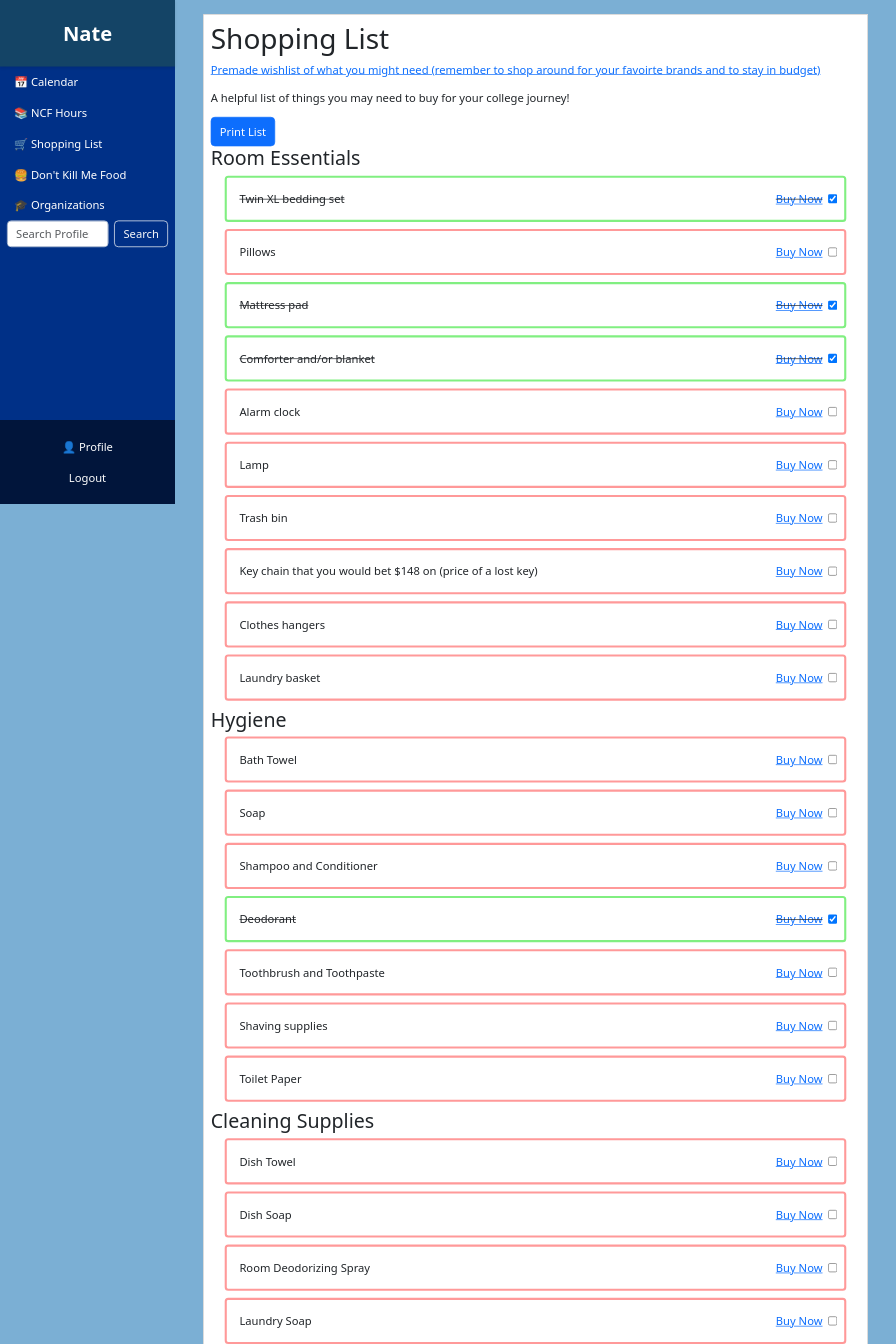
Repository: NateClarkTech/SoftwareEngineeringProject2
Page: http://localhost/shoppinglist/
The author's editor kept a copy of each file at every save. The page is drawn from the files as they stood at one save, then again after the next save.
The browser window is 1280 px wide. The pictures show the part of the page from y = 0 to 1920 px (the page is 4417 px tall before and 4429 px after), at 70% of full size.
The page is served by the project's application, run on Django 5.2 (manage.py). The first stored user is signed in. Other server files are loaded and not shown. The page reads the database file committed with the project.

Above is the page before, as saved 2024-03-12 17:59:44.

### ShoppingList/templates/shoppinglist.html
{% extends 'base.html' %}

{% load static %}

{% block title %}Shopping List{% endblock %}

{% block extendHeader %}
<style>
    .item-box {
        border: 1px solid #ccc;
        padding: 10px;
        margin-bottom: 10px;
        margin-left: 20px;
        margin-right: 20px;
        background-color: white;
    }

    .checked {
        text-decoration: line-through;
        border-color: #81ef81;
        border-radius: 5px;
        border-width: 3px;
    }

    .not-checked {
        text-decoration: none;
        border-color: #ff9999;
        border-radius: 5px;
        border-width: 3px;
    }
</style>
{% endblock %}

{% block content %}
<div class="align-items-center">
    {% if user.is_authenticated %}
    <div class="item-box">
        <h1>Shopping List</h1>
        <a href="https://www.amazon.com/hz/wishlist/ls/1MYC1SQ5AHTOC?ref_=wl_share" target="_blank">Premade wishlist of what you might need (remember to shop around for your favoirte brands and to stay in budget)</a>
        <p class="pt-3">A helpful list of things you may need to buy for your college journey!</p>
        <button type="button" class="btn btn-primary py-2">Print List</button>
        {% for category in itemCategories %}
            <h3>{{ category }}</h3>
            {% for item in shoppingItems %}
                {% if item.category == category %}
                    <div class="item-box d-flex {% if item.checked %}checked{%else%}not-checked{% endif %}">
                        <label for="item-{{ forloop.counter }}" class="flex-grow-1 p-2">{{ item.name }}</label>
                        <a href="{{ item.url }}" target="_blank" class="p-2">Buy Now</a>
                        <input type="checkbox" id="item-{{ forloop.counter }}" class="p-2" {% if item.checked %}checked{% endif %}>
                    </div>
                {% endif %}
            {% endfor %}
        {% endfor %}
    </div>
    {% else %}
    <p>You are not logged in</p>
    {% endif %}
</div>
{% endblock %}

{% block scripts %}
    <script src={% static '/js/shoppinglist.js' %}></script>
{% endblock %}

### ShoppingList/models.py
from django.db import models
from django.contrib.auth.models import User

class ShoppingListCategory(models.Model):
    name = models.CharField(max_length=200)

    def __str__(self):
        return self.name

class ShoppingListItem(models.Model):
    user = models.ForeignKey(User, on_delete=models.CASCADE)
    name = models.CharField(max_length=200)
    category = models.ForeignKey(ShoppingListCategory, on_delete=models.CASCADE)
    url = models.URLField(max_length=200)
    checked = models.BooleanField(default=False)

    def __str__(self):
        return self.user.username + " - " + self.name

### Leaderboard/urls.py
from django.urls import path
from . import views
#https://www.reddit.com/r/django/comments/13hknj7/my_project_doesnt_recognize_the_urls_from_one_of/
urlpatterns = [
    path('', views.checklist, name='checklist'),
    path('checklist/', views.checklist, name='checklist'),
    path('update_checklist/', views.update_checklist, name='update_checklist'),
    path('reset-tasks', views.reset_tasks),
    path('leaderboard/', views.leaderboard_view, name='leaderboard'),

]

### ShoppingList/urls.py
from django.urls import path
from . import views
from django.conf import settings
from django.conf.urls.static import static
from django.contrib.auth import views as auth_views

urlpatterns = [
    path('', views.shoppinglist, name='shoppinglist'),
    path('update_shoppinglist', views.update_shoppinglist, name='update_shoppinglist'),
]

### NovoTaskNinja/urls.py
from django.urls import path
from . import views
from django.conf import settings
from django.conf.urls.static import static
from django.contrib.auth import views as auth_views

urlpatterns = [

    # Backend-Heavy Pages
    path('dontkillmefood/', views.dontkillmefood, name='dontkillmefood'),

    # Frontend-Heavy Pages
    path('calendar', views.calendar, name='calendar'),
    path('ncfhours/', views.ncfhours, name='ncfhours'),
    path('', views.home, name='home'),


] + static(settings.MEDIA_URL, document_root=settings.MEDIA_ROOT)

### db.sqlite3 (the tables this page reads, as SQL)
CREATE TABLE "ShoppingList_shoppinglistcategory" ("id" integer NOT NULL PRIMARY KEY AUTOINCREMENT, "name" varchar(200) NOT NULL);
INSERT INTO "ShoppingList_shoppinglistcategory" VALUES
(1, 'Room Essentials'),
(2, 'Hygiene'),
(3, 'Cleaning Supplies'),
(4, 'Beach Supplies'),
(5, 'School Supplies'),
(6, 'Emergency Preparedness'),
(7, 'Other Items');

CREATE TABLE "ShoppingList_shoppinglistitem" ("id" integer NOT NULL PRIMARY KEY AUTOINCREMENT, "name" varchar(200) NOT NULL, "url" varchar(200) NOT NULL, "checked" bool NOT NULL, "user_id" integer NOT NULL REFERENCES "auth_user" ("id") DEFERRABLE INITIALLY DEFERRED, "category_id" bigint NOT NULL REFERENCES "ShoppingList_shoppinglistcategory" ("id") DEFERRABLE INITIALLY DEFERRED);
INSERT INTO "ShoppingList_shoppinglistitem" VALUES
(1, 'Twin XL bedding set', 'https://www.amazon.com/s?k=twin+xl+sheet+sets', 0, 3, 1),
(2, 'Pillows', 'https://www.amazon.com/s?k=bed+pillow', 0, 3, 1),
(3, 'Mattress pad', 'https://www.amazon.com/s?k=mattress+pad', 0, 3, 1),
(4, 'Comforter and/or blanket', 'https://www.amazon.com/s?k=comforter', 0, 3, 1),
(5, 'Alarm clock', 'https://www.amazon.com/s?k=alarm+clock', 0, 3, 1),
(6, 'Lamp', 'https://www.amazon.com/s?k=lamp', 0, 3, 1),
(7, 'Trash bin', 'https://www.amazon.com/s?k=trash+bin', 0, 3, 1),
(8, 'Key chain that you would bet $148 on (price of a lost key)', 'https://www.amazon.com/s?k=key+chain', 0, 3, 1),
(9, 'Clothes hangers', 'clothes hangers', 0, 3, 1),
(10, 'Laundry basket', 'https://www.amazon.com/s?k=laundry+basket', 0, 3, 1),
(11, 'Bath Towel', 'https://www.amazon.com/s?kbath+towel', 0, 3, 2),
(12, 'Soap', 'https://www.amazon.com/s?k=soap', 0, 3, 2),
(13, 'Shampoo and Conditioner', 'https://www.amazon.com/s?k=shampoo+and+conditioner', 0, 3, 2),
(14, 'Deodorant', 'https://www.amazon.com/s?k=deodorant', 0, 3, 2),
(15, 'Toothbrush and Toothpaste', 'https://www.amazon.com/s?k=toothbrush+and+toothpaste', 0, 3, 2),
(16, 'Shaving supplies', 'https://www.amazon.com/s?k=shaving+supplies', 0, 3, 2),
(17, 'Toilet Paper', 'https://www.amazon.com/s?k=toilet+paper', 0, 3, 2),
(18, 'Dish Towel', 'https://www.amazon.com/s?k=dish+towel', 0, 3, 3),
(19, 'Dish Soap', 'https://www.amazon.com/s?k=dish+soap', 0, 3, 3),
(20, 'Room Deodorizing Spray', 'https://www.amazon.com/s?k=room+deodorizing+spray', 0, 3, 3),
(21, 'Laundry Soap', 'https://www.amazon.com/s?k=laundry+soap', 0, 3, 3),
(22, 'Disinfectant Wipes', 'https://www.amazon.com/s?k=disinfectant+wipes', 0, 3, 3),
(23, 'Lysol Spray', 'https://www.amazon.com/s?k=lysol+spray', 0, 3, 3),
(24, 'Swimsuit', 'https://www.amazon.com/s?k=swimsuit', 0, 3, 4),
(25, 'Beach Towel', 'https://www.amazon.com/s?k=beach+towel', 0, 3, 4),
(26, 'Sunscreen', 'https://www.amazon.com/s?k=sunscreen', 0, 3, 4),
(27, 'Refillable Water Bottle', 'https://www.amazon.com/s?k=refillable+water+bottle', 0, 3, 4),
(28, 'Personal Computer', 'https://www.amazon.com/s?k=personal+computer', 0, 3, 5),
(29, 'Printer', 'https://www.amazon.com/s?k=printer', 0, 3, 5),
(30, 'Printer Paper', 'https://www.amazon.com/s?k=printer+paper', 0, 3, 5),
(31, 'Ethernet Cable', 'https://www.amazon.com/s?k=ethernet+cable', 0, 3, 5),
(32, 'Flash Drive', 'https://www.amazon.com/s?k=flash+drive', 0, 3, 5),
(33, 'Notebooks', 'https://www.amazon.com/s?k=notebooks', 0, 3, 5),
(34, 'Laptop Lock', 'https://www.amazon.com/s?k=laptop+lock', 0, 3, 5),
(35, 'Office Supplies (Poster Putty, Stapler, Push Pins, Pen/Pencils, Envelopes and Stamps)', 'https://www.amazon.com/s?k=office+supplies', 0, 3, 5),
(36, 'Desk Lamp', 'https://www.amazon.com/s?k=desk+lamp', 0, 3, 5),
(37, 'Power Strip with Surge Protector', 'https://www.amazon.com/s?k=power+strip+with+surge+protector', 0, 3, 5),
(38, 'Multi-port USB Charger', 'https://www.amazon.com/s?k=multi-port+usb+charger', 0, 3, 5),
(39, 'Headset', 'https://www.amazon.com/s?k=headset', 0, 3, 5),
(40, 'Flashlight', 'https://www.amazon.com/s?k=flashlight', 0, 3, 6),
(41, 'Batteries', 'https://www.amazon.com/s?k=batteries', 0, 3, 6),
(42, 'First-aid Kit', 'https://www.amazon.com/s?k=first-aid+kit', 0, 3, 6),
(43, 'Fan', 'https://www.amazon.com/s?k=fan', 0, 3, 7),
(44, 'Umbrella', 'https://www.amazon.com/s?k=umbrella', 0, 3, 7),
(45, 'Ear Plugs', 'https://www.amazon.com/s?k=ear+plugs', 0, 3, 7),
(46, 'Small Sewing Kit', 'https://www.amazon.com/s?k=sewing+kit', 0, 3, 7),
(47, 'Small Tool Kit', 'https://www.amazon.com/s?k=tool+kit', 0, 3, 7),
(48, 'Storage Bins', 'https://www.amazon.com/s?k=storage+bins', 0, 3, 7),
(49, 'Dishes and Utensils', 'https://www.amazon.com/s?k=dishes+and+utensils', 0, 3, 7),
(50, 'Camera', 'https://www.amazon.com/s?k=camera', 0, 3, 7),
(51, 'Can Opener', 'https://www.amazon.com/s?k=can+opener', 0, 3, 7),
(52, 'Twin XL bedding set', 'https://www.amazon.com/s?k=twin+xl+sheet+sets', 0, 4, 1),
(53, 'Pillows', 'https://www.amazon.com/s?k=bed+pillow', 0, 4, 1),
(54, 'Mattress pad', 'https://www.amazon.com/s?k=mattress+pad', 0, 4, 1),
(55, 'Comforter and/or blanket', 'https://www.amazon.com/s?k=comforter', 0, 4, 1),
(56, 'Alarm clock', 'https://www.amazon.com/s?k=alarm+clock', 0, 4, 1),
(57, 'Lamp', 'https://www.amazon.com/s?k=lamp', 0, 4, 1),
(58, 'Trash bin', 'https://www.amazon.com/s?k=trash+bin', 0, 4, 1),
(59, 'Key chain that you would bet $148 on (price of a lost key)', 'https://www.amazon.com/s?k=key+chain', 0, 4, 1),
(60, 'Clothes hangers', 'clothes hangers', 0, 4, 1),
(61, 'Laundry basket', 'https://www.amazon.com/s?k=laundry+basket', 0, 4, 1),
(62, 'Bath Towel', 'https://www.amazon.com/s?kbath+towel', 0, 4, 2),
(63, 'Soap', 'https://www.amazon.com/s?k=soap', 0, 4, 2),
(64, 'Shampoo and Conditioner', 'https://www.amazon.com/s?k=shampoo+and+conditioner', 0, 4, 2),
(65, 'Deodorant', 'https://www.amazon.com/s?k=deodorant', 0, 4, 2),
(66, 'Toothbrush and Toothpaste', 'https://www.amazon.com/s?k=toothbrush+and+toothpaste', 0, 4, 2),
(67, 'Shaving supplies', 'https://www.amazon.com/s?k=shaving+supplies', 0, 4, 2),
(68, 'Toilet Paper', 'https://www.amazon.com/s?k=toilet+paper', 0, 4, 2),
(69, 'Dish Towel', 'https://www.amazon.com/s?k=dish+towel', 0, 4, 3),
(70, 'Dish Soap', 'https://www.amazon.com/s?k=dish+soap', 0, 4, 3),
(71, 'Room Deodorizing Spray', 'https://www.amazon.com/s?k=room+deodorizing+spray', 0, 4, 3),
(72, 'Laundry Soap', 'https://www.amazon.com/s?k=laundry+soap', 0, 4, 3),
(73, 'Disinfectant Wipes', 'https://www.amazon.com/s?k=disinfectant+wipes', 0, 4, 3),
(74, 'Lysol Spray', 'https://www.amazon.com/s?k=lysol+spray', 0, 4, 3),
(75, 'Swimsuit', 'https://www.amazon.com/s?k=swimsuit', 0, 4, 4),
(76, 'Beach Towel', 'https://www.amazon.com/s?k=beach+towel', 0, 4, 4),
(77, 'Sunscreen', 'https://www.amazon.com/s?k=sunscreen', 0, 4, 4),
(78, 'Refillable Water Bottle', 'https://www.amazon.com/s?k=refillable+water+bottle', 0, 4, 4),
(79, 'Personal Computer', 'https://www.amazon.com/s?k=personal+computer', 0, 4, 5),
(80, 'Printer', 'https://www.amazon.com/s?k=printer', 0, 4, 5),
(81, 'Printer Paper', 'https://www.amazon.com/s?k=printer+paper', 0, 4, 5),
(82, 'Ethernet Cable', 'https://www.amazon.com/s?k=ethernet+cable', 0, 4, 5),
(83, 'Flash Drive', 'https://www.amazon.com/s?k=flash+drive', 0, 4, 5),
(84, 'Notebooks', 'https://www.amazon.com/s?k=notebooks', 0, 4, 5),
(85, 'Laptop Lock', 'https://www.amazon.com/s?k=laptop+lock', 0, 4, 5),
(86, 'Office Supplies (Poster Putty, Stapler, Push Pins, Pen/Pencils, Envelopes and Stamps)', 'https://www.amazon.com/s?k=office+supplies', 0, 4, 5),
(87, 'Desk Lamp', 'https://www.amazon.com/s?k=desk+lamp', 0, 4, 5),
(88, 'Power Strip with Surge Protector', 'https://www.amazon.com/s?k=power+strip+with+surge+protector', 0, 4, 5),
(89, 'Multi-port USB Charger', 'https://www.amazon.com/s?k=multi-port+usb+charger', 0, 4, 5),
(90, 'Headset', 'https://www.amazon.com/s?k=headset', 0, 4, 5),
(91, 'Flashlight', 'https://www.amazon.com/s?k=flashlight', 0, 4, 6),
(92, 'Batteries', 'https://www.amazon.com/s?k=batteries', 0, 4, 6),
(93, 'First-aid Kit', 'https://www.amazon.com/s?k=first-aid+kit', 0, 4, 6),
(94, 'Fan', 'https://www.amazon.com/s?k=fan', 0, 4, 7),
(95, 'Umbrella', 'https://www.amazon.com/s?k=umbrella', 0, 4, 7),
(96, 'Ear Plugs', 'https://www.amazon.com/s?k=ear+plugs', 0, 4, 7),
(97, 'Small Sewing Kit', 'https://www.amazon.com/s?k=sewing+kit', 0, 4, 7),
(98, 'Small Tool Kit', 'https://www.amazon.com/s?k=tool+kit', 0, 4, 7),
(99, 'Storage Bins', 'https://www.amazon.com/s?k=storage+bins', 0, 4, 7),
(100, 'Dishes and Utensils', 'https://www.amazon.com/s?k=dishes+and+utensils', 0, 4, 7),
(101, 'Camera', 'https://www.amazon.com/s?k=camera', 0, 4, 7),
(102, 'Can Opener', 'https://www.amazon.com/s?k=can+opener', 0, 4, 7),
(103, 'Twin XL bedding set', 'https://www.amazon.com/s?k=twin+xl+sheet+sets', 0, 2, 1),
(104, 'Pillows', 'https://www.amazon.com/s?k=bed+pillow', 0, 2, 1),
(105, 'Mattress pad', 'https://www.amazon.com/s?k=mattress+pad', 0, 2, 1),
(106, 'Comforter and/or blanket', 'https://www.amazon.com/s?k=comforter', 0, 2, 1),
(107, 'Alarm clock', 'https://www.amazon.com/s?k=alarm+clock', 0, 2, 1),
(108, 'Lamp', 'https://www.amazon.com/s?k=lamp', 0, 2, 1),
(109, 'Trash bin', 'https://www.amazon.com/s?k=trash+bin', 0, 2, 1),
(110, 'Key chain that you would bet $148 on (price of a lost key)', 'https://www.amazon.com/s?k=key+chain', 0, 2, 1),
(111, 'Clothes hangers', 'https://www.amazon.com/s?k=clothes+hangers', 0, 2, 1),
(112, 'Laundry basket', 'https://www.amazon.com/s?k=laundry+basket', 0, 2, 1),
(113, 'Bath Towel', 'https://www.amazon.com/s?k=bath+towels', 0, 2, 2),
(114, 'Soap', 'https://www.amazon.com/s?k=soap', 0, 2, 2),
(115, 'Shampoo and Conditioner', 'https://www.amazon.com/s?k=shampoo+and+conditioner', 0, 2, 2),
(116, 'Deodorant', 'https://www.amazon.com/s?k=deodorant', 0, 2, 2),
(117, 'Toothbrush and Toothpaste', 'https://www.amazon.com/s?k=toothbrush+and+toothpaste', 0, 2, 2),
(118, 'Shaving supplies', 'https://www.amazon.com/s?k=shaving+supplies', 0, 2, 2),
(119, 'Toilet Paper', 'https://www.amazon.com/s?k=toilet+paper', 0, 2, 2),
(120, 'Dish Towel', 'https://www.amazon.com/s?k=dish+towel', 0, 2, 3),
(121, 'Dish Soap', 'https://www.amazon.com/s?k=dish+soap', 0, 2, 3),
(122, 'Room Deodorizing Spray', 'https://www.amazon.com/s?k=room+deodorizing+spray', 0, 2, 3),
(123, 'Laundry Soap', 'https://www.amazon.com/s?k=laundry+soap', 0, 2, 3),
(124, 'Disinfectant Wipes', 'https://www.amazon.com/s?k=disinfectant+wipes', 0, 2, 3),
(125, 'Lysol Spray', 'https://www.amazon.com/s?k=lysol+spray', 0, 2, 3),
(126, 'Swimsuit', 'https://www.amazon.com/s?k=swimsuit', 0, 2, 4),
(127, 'Beach Towel', 'https://www.amazon.com/s?k=beach+towel', 0, 2, 4),
(128, 'Sunscreen', 'https://www.amazon.com/s?k=sunscreen', 0, 2, 4),
(129, 'Refillable Water Bottle', 'https://www.amazon.com/s?k=refillable+water+bottle', 0, 2, 4),
(130, 'Personal Computer', 'https://www.amazon.com/s?k=personal+computer', 0, 2, 5),
(131, 'Printer', 'https://www.amazon.com/s?k=printer', 0, 2, 5),
(132, 'Printer Paper', 'https://www.amazon.com/s?k=printer+paper', 0, 2, 5),
(133, 'Ethernet Cable', 'https://www.amazon.com/s?k=ethernet+cable', 0, 2, 5),
(134, 'Flash Drive', 'https://www.amazon.com/s?k=flash+drive', 0, 2, 5),
(135, 'Notebooks', 'https://www.amazon.com/s?k=notebooks', 0, 2, 5),
(136, 'Laptop Lock', 'https://www.amazon.com/s?k=laptop+lock', 0, 2, 5),
(137, 'Office Supplies (Poster Putty, Stapler, Push Pins, Pen/Pencils, Envelopes and Stamps)', 'https://www.amazon.com/s?k=office+supplies', 0, 2, 5),
(138, 'Desk Lamp', 'https://www.amazon.com/s?k=desk+lamp', 0, 2, 5),
(139, 'Power Strip with Surge Protector', 'https://www.amazon.com/s?k=power+strip+with+surge+protector', 0, 2, 5),
(140, 'Multi-port USB Charger', 'https://www.amazon.com/s?k=multi-port+usb+charger', 0, 2, 5),
(141, 'Headset', 'https://www.amazon.com/s?k=headset', 0, 2, 5),
(142, 'Flashlight', 'https://www.amazon.com/s?k=flashlight', 0, 2, 6),
(143, 'Batteries', 'https://www.amazon.com/s?k=batteries', 0, 2, 6),
(144, 'First-aid Kit', 'https://www.amazon.com/s?k=first-aid+kit', 0, 2, 6),
(145, 'Fan', 'https://www.amazon.com/s?k=fan', 0, 2, 7),
(146, 'Umbrella', 'https://www.amazon.com/s?k=umbrella', 0, 2, 7),
(147, 'Ear Plugs', 'https://www.amazon.com/s?k=ear+plugs', 0, 2, 7),
(148, 'Small Sewing Kit', 'https://www.amazon.com/s?k=sewing+kit', 0, 2, 7),
(149, 'Small Tool Kit', 'https://www.amazon.com/s?k=tool+kit', 0, 2, 7),
(150, 'Storage Bins', 'https://www.amazon.com/s?k=storage+bins', 0, 2, 7),
(151, 'Dishes and Utensils', 'https://www.amazon.com/s?k=dishes+and+utensils', 0, 2, 7),
(152, 'Camera', 'https://www.amazon.com/s?k=camera', 0, 2, 7),
(153, 'Can Opener', 'https://www.amazon.com/s?k=can+opener', 0, 2, 7),
(154, 'Twin XL bedding set', 'https://www.amazon.com/s?k=twin+xl+sheet+sets', 1, 1, 1),
(155, 'Pillows', 'https://www.amazon.com/s?k=bed+pillow', 0, 1, 1),
(156, 'Mattress pad', 'https://www.amazon.com/s?k=mattress+pad', 1, 1, 1),
(157, 'Comforter and/or blanket', 'https://www.amazon.com/s?k=comforter', 1, 1, 1),
(158, 'Alarm clock', 'https://www.amazon.com/s?k=alarm+clock', 0, 1, 1),
(159, 'Lamp', 'https://www.amazon.com/s?k=lamp', 0, 1, 1),
(160, 'Trash bin', 'https://www.amazon.com/s?k=trash+bin', 0, 1, 1),
(161, 'Key chain that you would bet $148 on (price of a lost key)', 'https://www.amazon.com/s?k=key+chain', 0, 1, 1),
(162, 'Clothes hangers', 'https://www.amazon.com/s?k=clothes+hangers', 0, 1, 1),
(163, 'Laundry basket', 'https://www.amazon.com/s?k=laundry+basket', 0, 1, 1),
(164, 'Bath Towel', 'https://www.amazon.com/s?k=bath+towels', 0, 1, 2),
(165, 'Soap', 'https://www.amazon.com/s?k=soap', 0, 1, 2),
(166, 'Shampoo and Conditioner', 'https://www.amazon.com/s?k=shampoo+and+conditioner', 0, 1, 2),
(167, 'Deodorant', 'https://www.amazon.com/s?k=deodorant', 1, 1, 2),
(168, 'Toothbrush and Toothpaste', 'https://www.amazon.com/s?k=toothbrush+and+toothpaste', 0, 1, 2),
(169, 'Shaving supplies', 'https://www.amazon.com/s?k=shaving+supplies', 0, 1, 2),
(170, 'Toilet Paper', 'https://www.amazon.com/s?k=toilet+paper', 0, 1, 2),
(171, 'Dish Towel', 'https://www.amazon.com/s?k=dish+towel', 0, 1, 3),
(172, 'Dish Soap', 'https://www.amazon.com/s?k=dish+soap', 0, 1, 3),
(173, 'Room Deodorizing Spray', 'https://www.amazon.com/s?k=room+deodorizing+spray', 0, 1, 3),
(174, 'Laundry Soap', 'https://www.amazon.com/s?k=laundry+soap', 0, 1, 3),
(175, 'Disinfectant Wipes', 'https://www.amazon.com/s?k=disinfectant+wipes', 0, 1, 3),
(176, 'Lysol Spray', 'https://www.amazon.com/s?k=lysol+spray', 0, 1, 3),
(177, 'Swimsuit', 'https://www.amazon.com/s?k=swimsuit', 0, 1, 4),
(178, 'Beach Towel', 'https://www.amazon.com/s?k=beach+towel', 0, 1, 4),
(179, 'Sunscreen', 'https://www.amazon.com/s?k=sunscreen', 0, 1, 4),
(180, 'Refillable Water Bottle', 'https://www.amazon.com/s?k=refillable+water+bottle', 0, 1, 4),
(181, 'Personal Computer', 'https://www.amazon.com/s?k=personal+computer', 0, 1, 5),
(182, 'Printer', 'https://www.amazon.com/s?k=printer', 0, 1, 5),
(183, 'Printer Paper', 'https://www.amazon.com/s?k=printer+paper', 0, 1, 5),
(184, 'Ethernet Cable', 'https://www.amazon.com/s?k=ethernet+cable', 0, 1, 5),
(185, 'Flash Drive', 'https://www.amazon.com/s?k=flash+drive', 0, 1, 5),
(186, 'Notebooks', 'https://www.amazon.com/s?k=notebooks', 0, 1, 5),
(187, 'Laptop Lock', 'https://www.amazon.com/s?k=laptop+lock', 0, 1, 5),
(188, 'Office Supplies (Poster Putty, Stapler, Push Pins, Pen/Pencils, Envelopes and Stamps)', 'https://www.amazon.com/s?k=office+supplies', 0, 1, 5),
(189, 'Desk Lamp', 'https://www.amazon.com/s?k=desk+lamp', 0, 1, 5),
(190, 'Power Strip with Surge Protector', 'https://www.amazon.com/s?k=power+strip+with+surge+protector', 0, 1, 5),
(191, 'Multi-port USB Charger', 'https://www.amazon.com/s?k=multi-port+usb+charger', 0, 1, 5),
(192, 'Headset', 'https://www.amazon.com/s?k=headset', 0, 1, 5),
(193, 'Flashlight', 'https://www.amazon.com/s?k=flashlight', 0, 1, 6),
(194, 'Batteries', 'https://www.amazon.com/s?k=batteries', 0, 1, 6),
(195, 'First-aid Kit', 'https://www.amazon.com/s?k=first-aid+kit', 0, 1, 6),
(196, 'Fan', 'https://www.amazon.com/s?k=fan', 0, 1, 7),
(197, 'Umbrella', 'https://www.amazon.com/s?k=umbrella', 0, 1, 7),
(198, 'Ear Plugs', 'https://www.amazon.com/s?k=ear+plugs', 0, 1, 7),
(199, 'Small Sewing Kit', 'https://www.amazon.com/s?k=sewing+kit', 0, 1, 7),
(200, 'Small Tool Kit', 'https://www.amazon.com/s?k=tool+kit', 0, 1, 7),
(201, 'Storage Bins', 'https://www.amazon.com/s?k=storage+bins', 0, 1, 7),
(202, 'Dishes and Utensils', 'https://www.amazon.com/s?k=dishes+and+utensils', 0, 1, 7),
(203, 'Camera', 'https://www.amazon.com/s?k=camera', 0, 1, 7),
(204, 'Can Opener', 'https://www.amazon.com/s?k=can+opener', 0, 1, 7);

CREATE TABLE "auth_user" ("id" integer NOT NULL PRIMARY KEY AUTOINCREMENT, "password" varchar(128) NOT NULL, "last_login" datetime NULL, "is_superuser" bool NOT NULL, "username" varchar(150) NOT NULL UNIQUE, "last_name" varchar(150) NOT NULL, "email" varchar(254) NOT NULL, "is_staff" bool NOT NULL, "is_active" bool NOT NULL, "date_joined" datetime NOT NULL, "first_name" varchar(150) NOT NULL);
INSERT INTO "auth_user" VALUES
(1, 'pbkdf2_sha256$720000$voXDfFPGW35Vj4HBNrXH6O$81VbTivkDmHTHyrO0enerEqBO5Y1jna5vWEizOy2neM=', '2024-03-12 19:50:57.516190', 0, 'Nate', '', '', 0, 1, '2024-03-10 17:59:04.381654', ''),
(2, 'pbkdf2_sha256$720000$6xx2oJHi4sTw9UGfKxI1Vr$hTFa86Txj4tm4MMlh+gyYzNVMNkcrilSLcoieOe8rZ0=', '2024-03-12 19:31:30.492896', 1, 'admin', '', '', 1, 1, '2024-03-10 17:59:37.223655', ''),
(3, 'pbkdf2_sha256$720000$CYfsySN9KJ3kKCFa7FcOyu$1SpWWJdIaEb00rFZobW7XtaDRaXiSxJRIjAVbF6ooGU=', '2024-03-12 15:52:11.849871', 0, 'NotNate', '', '', 0, 1, '2024-03-10 21:43:19.463536', ''),
(4, 'pbkdf2_sha256$720000$yQsW3wlpSp5GMrkLKbaAMK$XEmvrkUnHV2qiy/8O9pIhwGZvYNqFGRgejnn5yn4QFM=', '2024-03-11 00:26:01.990320', 0, 'Username', '', '', 0, 1, '2024-03-11 00:26:01.476318', '');

Loaded but not shown: ShoppingList/static/js/shoppinglist.js (67 lines, source omitted); NovoTaskNinja/templates/navbar.html (248 lines, source omitted); ShoppingList/views.py (113 lines, source omitted); static/css/base/base.css (123 lines, source omitted); NovoTaskNinja/templates/base.html (49 lines, source omitted); SEProject2/urls.py (30 lines, source omitted); Profile/urls.py (26 lines, source omitted)

After the next save:
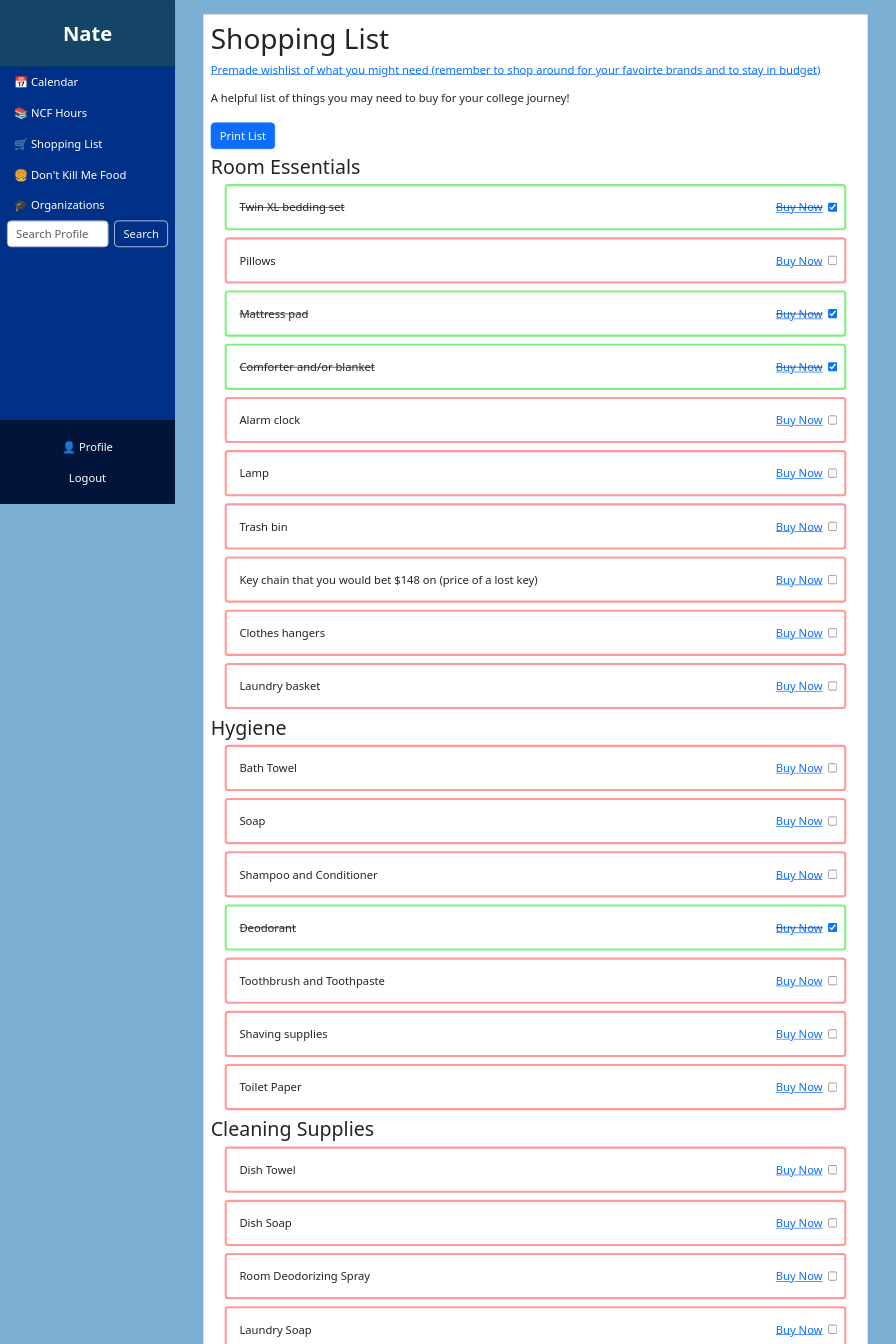
Saved 8 s later.
--- a/ShoppingList/templates/shoppinglist.html
+++ b/ShoppingList/templates/shoppinglist.html
@@ -38,7 +38,7 @@
         <h1>Shopping List</h1>
         <a href="https://www.amazon.com/hz/wishlist/ls/1MYC1SQ5AHTOC?ref_=wl_share" target="_blank">Premade wishlist of what you might need (remember to shop around for your favoirte brands and to stay in budget)</a>
         <p class="pt-3">A helpful list of things you may need to buy for your college journey!</p>
-        <button type="button" class="btn btn-primary py-2">Print List</button>
+        <button type="button" class="btn btn-primary my-2">Print List</button>
         {% for category in itemCategories %}
             <h3>{{ category }}</h3>
             {% for item in shoppingItems %}
